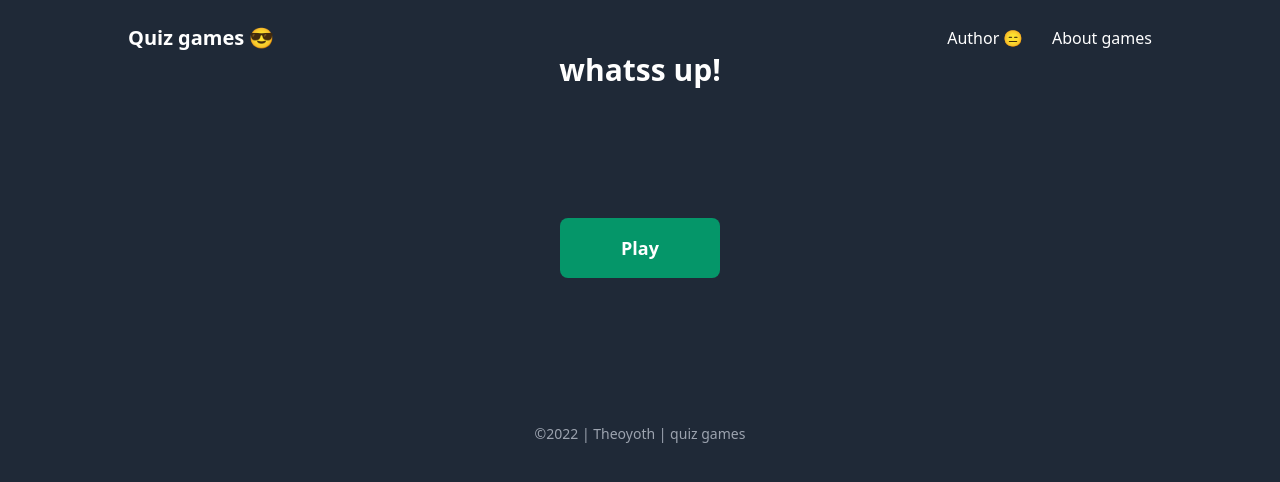
Repository: theoyoth/quiz-game
Page: /
An editor plug-in stored every save of this project. The page is shown before and after the next save, followed by the edit.
The browser window is 1280 px wide. The pictures show the whole page.
The project was rebuilt for these pictures with package versions that can differ from the ones it lists, and the page was loaded fresh each time. The framework's server and built-in components were replaced by stand-ins that run in the browser. Also part of the build but not shown: nuxt.config.js, components/EndPage.vue, layouts/404.vue, layouts/error.vue, layouts/errorLayout.vue.

Above is the page before, as saved 2022-06-14 18:05:00.

After the next save:
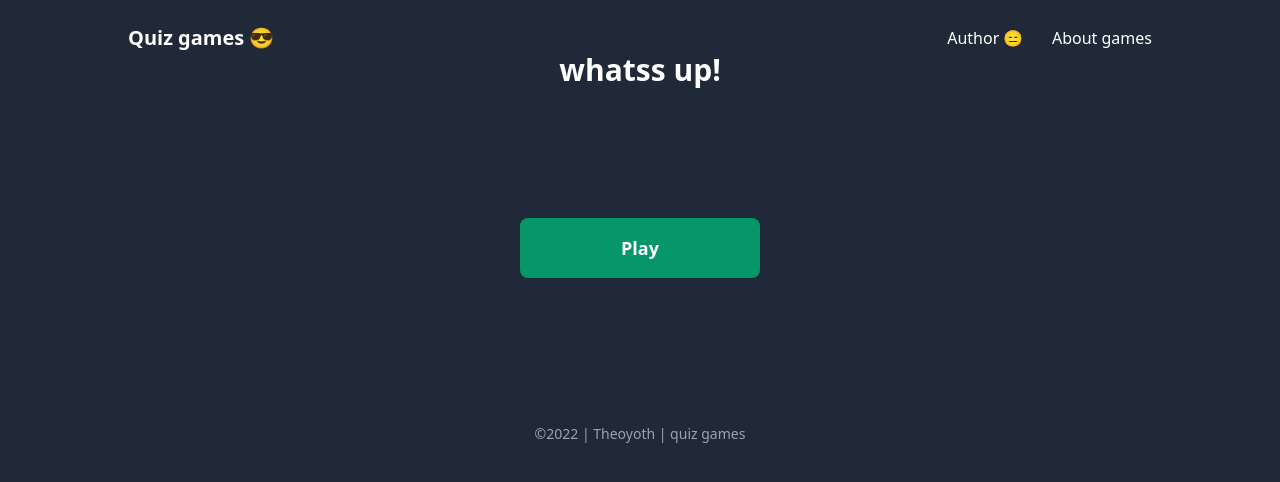
Saved 27 min 16 s later.
--- a/pages/index.vue
+++ b/pages/index.vue
@@ -3,7 +3,7 @@
     <h1 class="text-3xl font-bold text-center">whatss up!</h1>
     <div class="flex items-center justify-center h-80">
       <NuxtLink to="/game">
-        <div class="w-40 p-4 bg-green-600 hover:bg-green-500 rounded-lg text-center">
+        <div class="w-60 p-4 bg-green-600 hover:bg-green-500 rounded-lg text-center">
           <p class="font-semibold text-lg">Play</p>
         </div>
       </NuxtLink>

After the save that followed:
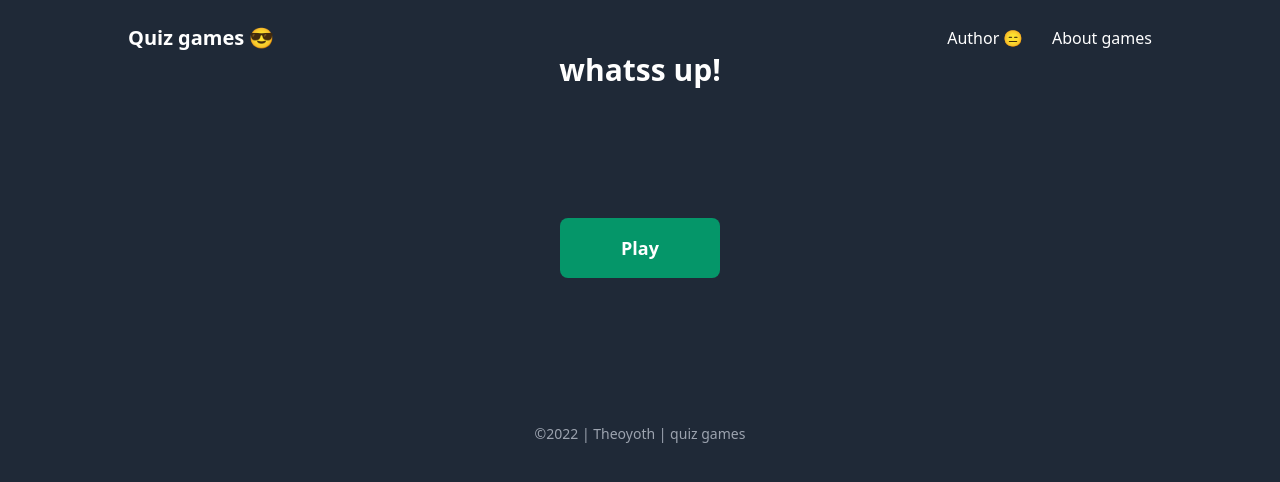
Saved 8 s later.
--- a/pages/index.vue
+++ b/pages/index.vue
@@ -3,7 +3,7 @@
     <h1 class="text-3xl font-bold text-center">whatss up!</h1>
     <div class="flex items-center justify-center h-80">
       <NuxtLink to="/game">
-        <div class="w-60 p-4 bg-green-600 hover:bg-green-500 rounded-lg text-center">
+        <div class="w-40 p-4 bg-green-600 hover:bg-green-500 rounded-lg text-center">
           <p class="font-semibold text-lg">Play</p>
         </div>
       </NuxtLink>
